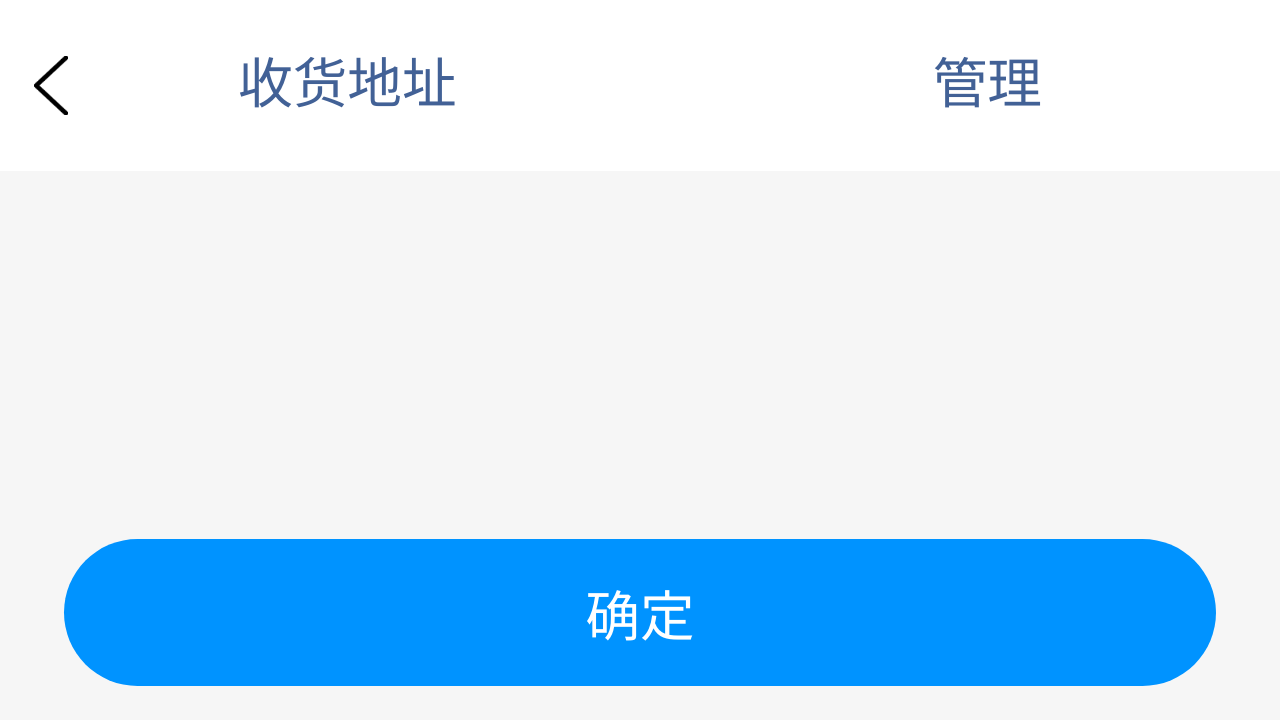
Repository: 421538074/sell
Page: consumer/address-list.html
These files come from the project's save history. The page is drawn as it stood at one moment and after the next save; the edit follows.
The browser window is 1280 px wide. The pictures show the whole page.

Above is the page before, as saved 2019-06-03 16:51:52.

After the next save:
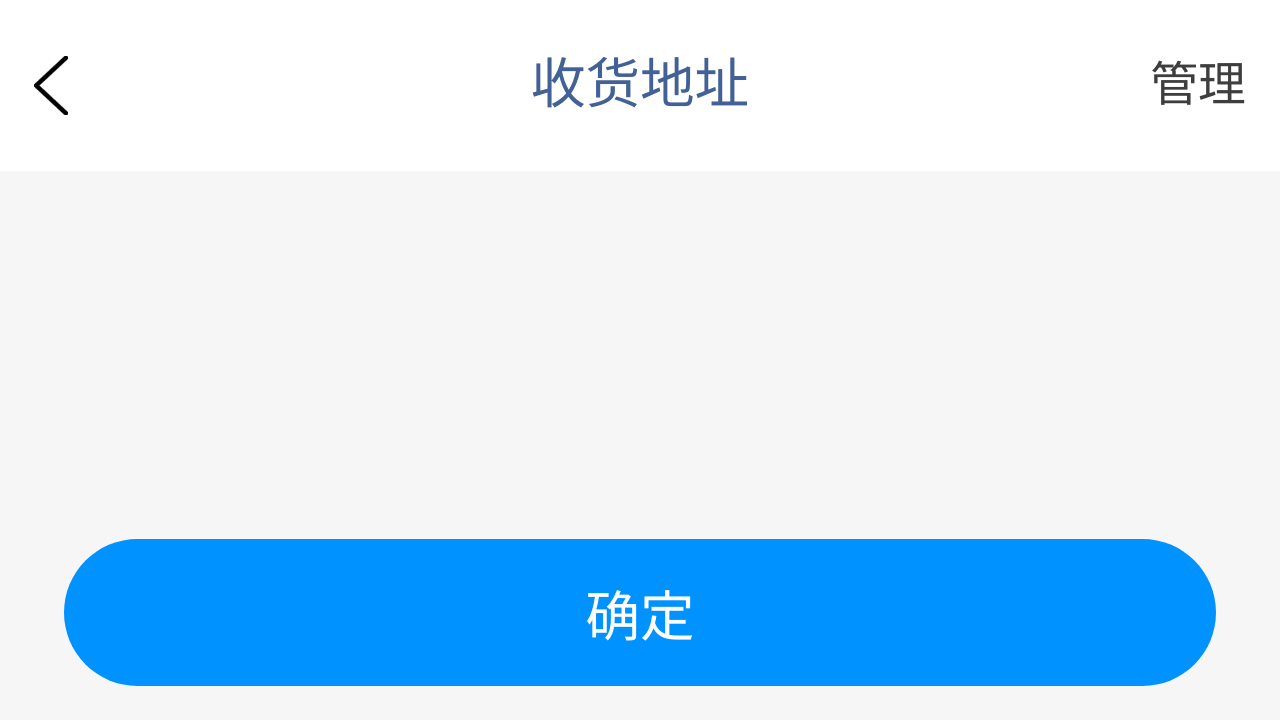
Saved 18 s later.
--- a/consumer/css/address-list.css
+++ b/consumer/css/address-list.css
@@ -16,3 +16,9 @@ button.confirm-add {
     border-radius: 10rem;
     font-size: 1.6rem;
 }
+p.management {
+    position: absolute;
+    right: 1rem;
+    color: #3E3E3E;
+    font-size: 1.4rem;
+}
